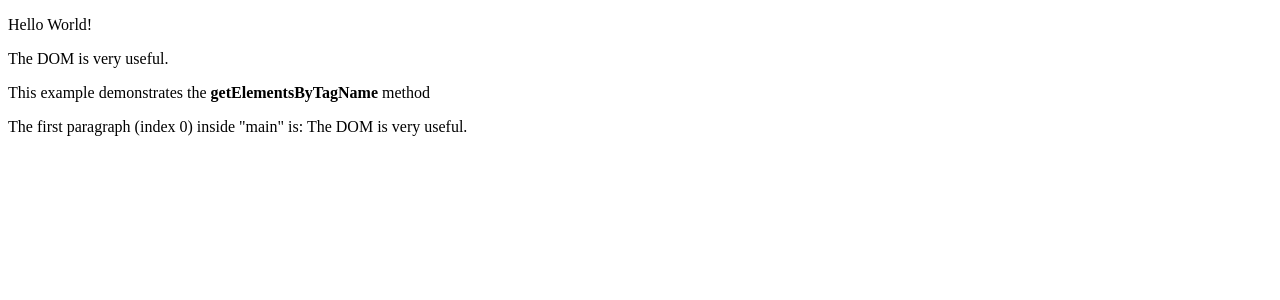
Repository: Ganesh281996/Ganesh
Page: BasicHtml/WebContent/test.html
An editor plug-in stored every save of this project. The page is shown before and after the next save, followed by the edit.
The browser window is 1280 px wide. The pictures show the whole page.

Above is the page before, as saved 2018-03-28 05:41:59.

After the next save:
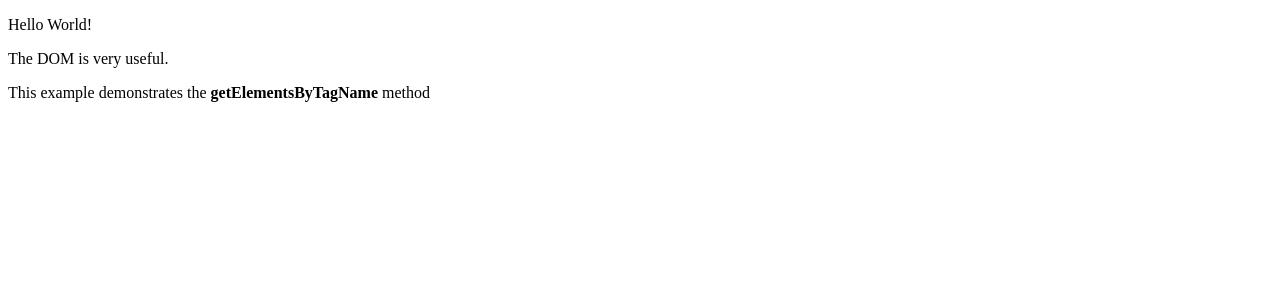
Console error: SyntaxError: Unexpected identifier 'main'
Saved 93 s later.
--- a/BasicHtml/WebContent/test.html
+++ b/BasicHtml/WebContent/test.html
@@ -15,7 +15,7 @@
 var x = document.getElementById("main");
 var y = x.getElementsByTagName("p");
 document.getElementById("demo").innerHTML =
-'The first paragraph (index 0) inside "main" is: ' + y[0].innerHTML;
+"The first paragraph (index 0) inside "main" is: " + y[0].innerHTML;
 </script>
 
 </body>
